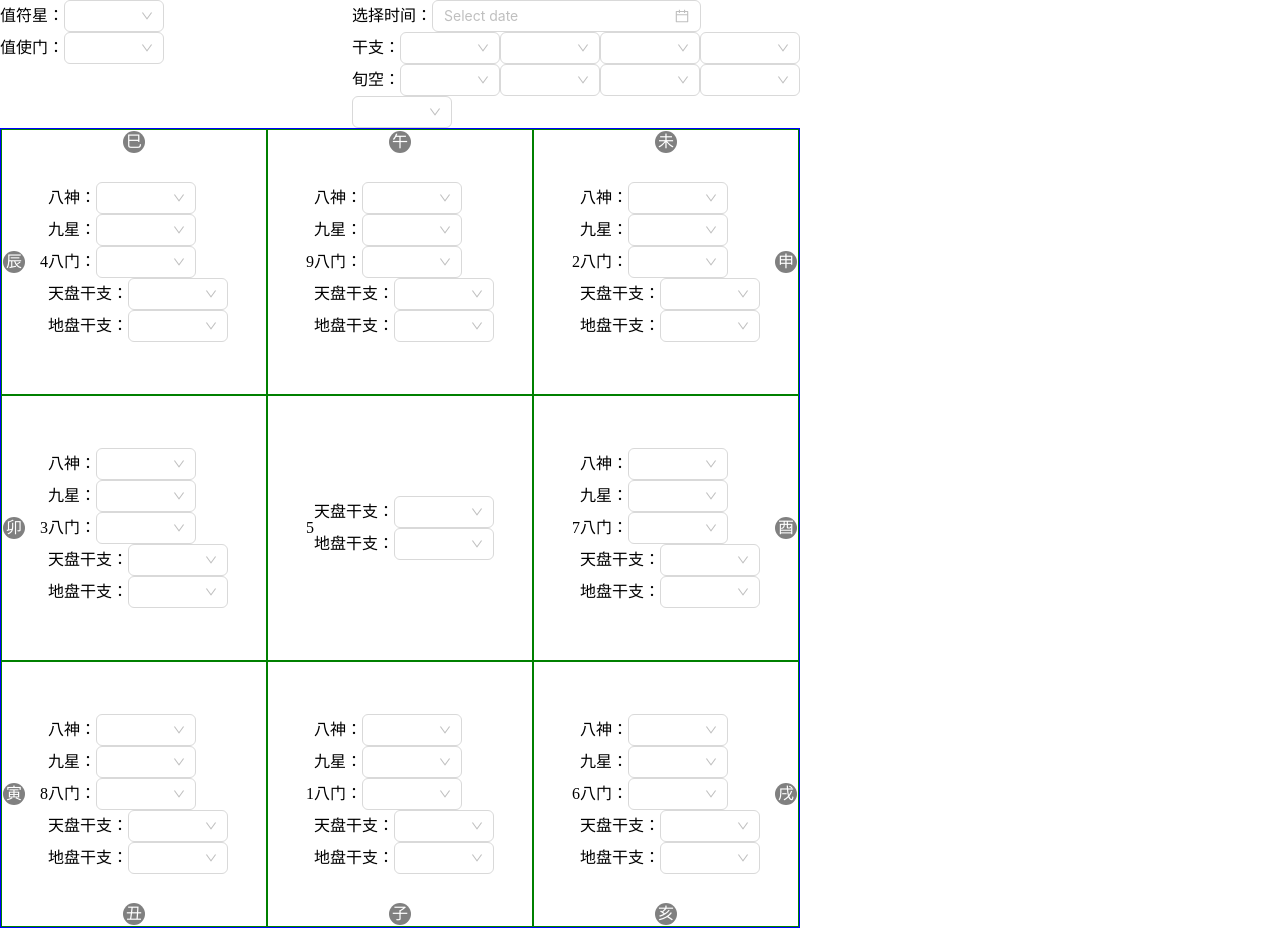
Repository: DaozhangChen/qiMen
Page: /
The author's editor kept a copy of each file at every save. The page is drawn from the files as they stood at one save, then again after the next save.
The browser window is 1280 px wide. The pictures show the whole page.
The project was rebuilt for these pictures with package versions that can differ from the ones it lists, and the page was loaded fresh each time. Also part of the build but not shown: vite.config.js.

Above is the page before, as saved 2024-04-20 16:57:56.

After the next save:
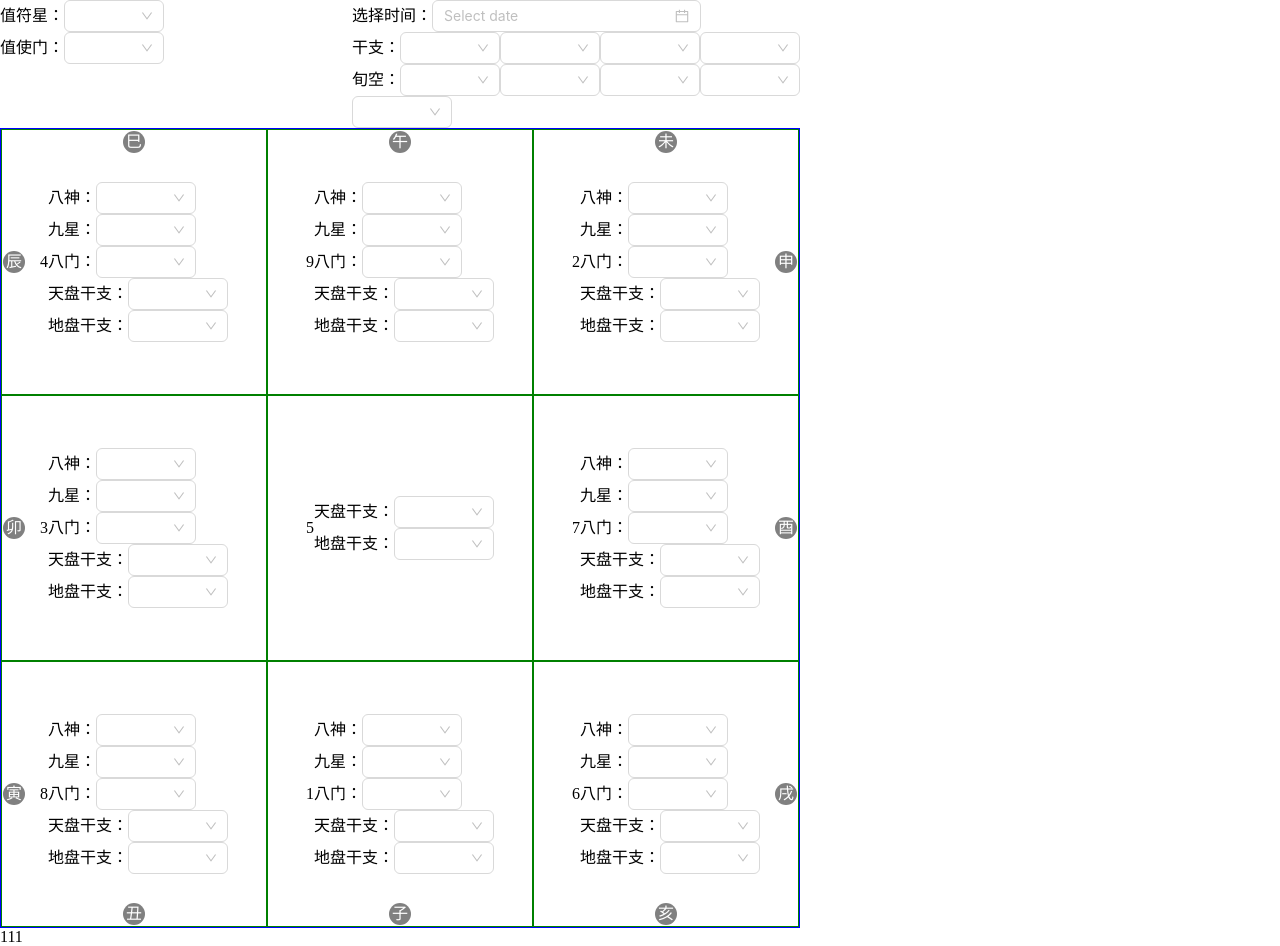
Saved 33 s later.
--- a/src/compoment/Sudoku.jsx
+++ b/src/compoment/Sudoku.jsx
@@ -3,6 +3,7 @@ import InfoSelect from "./InfoSelect"
 import { useState } from "react"
 import HeaderInfo from "./HeaderInfo"
 import { useEffect } from "react"
+import AnalyseTab from "./AnalyseTab"
 
 function Sudoku() {
     const regionArr = [
@@ -70,6 +71,7 @@ function Sudoku() {
                     ))}
                 </div>
             </div>
+            <AnalyseTab />
         </>
     )
 }
